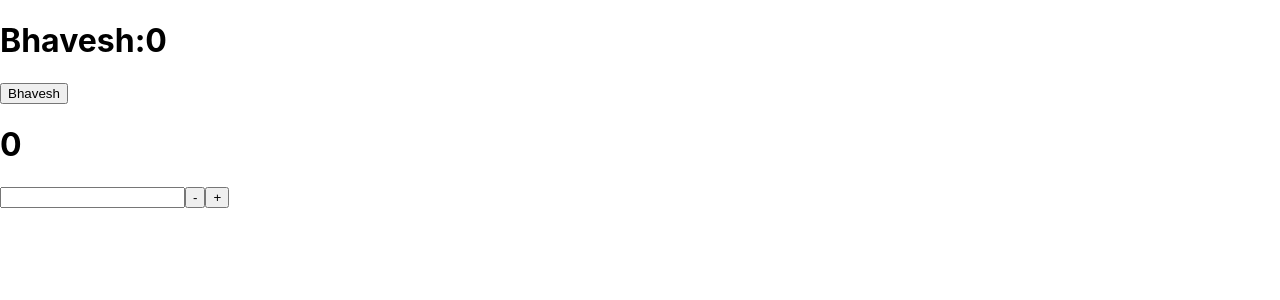
Repository: bhaveshtrades/reactpractice
Page: / (app in reactpractice/)
An editor plug-in stored every save of this project. The page is shown before and after a run of saves, followed by the edit.
The browser window is 1280 px wide. The pictures show the whole page.
The project was rebuilt for these pictures with package versions that can differ from the ones it lists, and the page was loaded fresh each time. Also part of the build but not shown: reactpractice/src/App.css.

Above is the page before, as saved 2022-08-22 02:34:05.

After the next 3 saves:
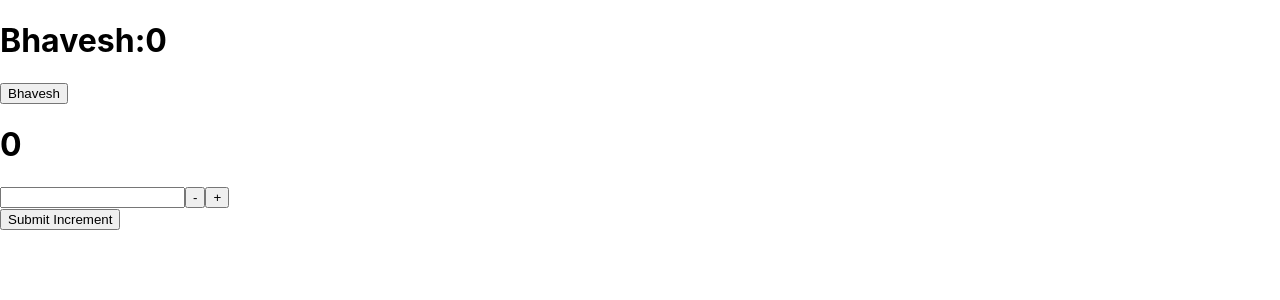
The 3 saves are shown as one change because 2 did not build or start.
The last was saved 3 min 15 s later.
--- a/reactpractice/src/App.js
+++ b/reactpractice/src/App.js
@@ -2,8 +2,11 @@ import { useDispatch, useSelector } from 'react-redux';
 import './App.css';
 import FirstButton from './components/FirstButton';
 import {increment, decrement} from './ReduxToolkit/Reducer';
+import { useState } from 'react';
 
 function App() {
+
+  const[incrementAmount, setIncrementAmount] = useState(2);
 
   const count = useSelector((state) => state.reducer.value)
   const dispatch = useDispatch();
@@ -14,9 +17,11 @@ function App() {
       <FirstButton/>
 
       <h1>{count}</h1>
-      <input type='number'/>
+      <input type='number' onChange={(e)=>setIncrementAmount(e.target.value)}/>
       <button onClick={()=>dispatch(decrement())}>-</button>
       <button onClick={()=>dispatch(increment())}>+</button>
+      <br/>
+      <button>Submit Increment</button>
     </>
   );
 }
